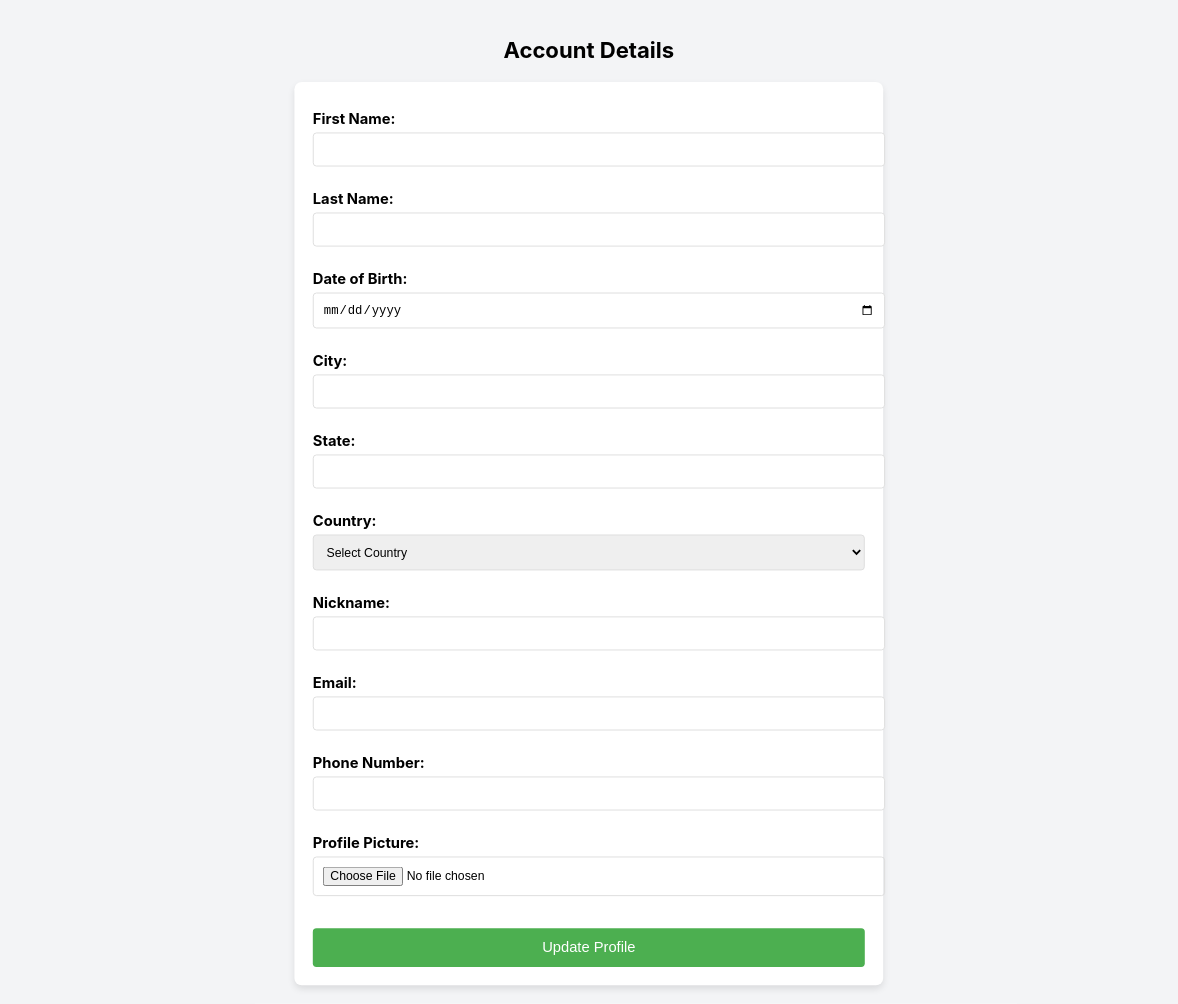
Repository: hamsaram14/dummy4
Page: /profile (app in frontend1/)
The author's editor kept a copy of each file at every save. The page is drawn from the files as they stood at one save, then again after the next save.
The browser window is 1280 px wide. The pictures show the whole page, at 92% of full size.
The page's requests for data from a server got no answer. The project was rebuilt for these pictures with package versions that can differ from the ones it lists, and the page was loaded fresh each time. No one was signed in, and anything a server would have sent is missing.

Above is the page before, as saved 2024-10-11 22:26:53.

### frontend1/src/App.js
// src/App.js
import React from 'react';
import { BrowserRouter as Router, Route, Routes } from 'react-router-dom';
import ProfilePage from './components/ProfilePage';

function App() {
    return (
        <Router>
            <Routes>
                <Route path="/profile" element={<ProfilePage />} />
                {/* Uncomment this if you want ProfilePage as the default route */}
                {/* <Route path="/" element={<ProfilePage />} /> */}
            </Routes>
        </Router>
    );
}

export default App;

### frontend1/src/components/ProfilePage.js
import React, { useState, useEffect } from 'react';
import axios from 'axios';
import './ProfilePage.css';

function ProfilePage() {
    const [profile, setProfile] = useState({
        first_name: '',
        last_name: '',
        date_of_birth: '',
        city: '',
        state: '',
        country: '',
        nickname: '',
        email: '',
        phone_number: '',
        profile_picture: ''
    });
    const [countries, setCountries] = useState([]);
    const [message, setMessage] = useState('');
    const [profileImage, setProfileImage] = useState(null);

    // Fetch profile and countries data on component load
    useEffect(() => {
        console.log("Loading ProfilePage...");
        axios.get('http://127.0.0.1:8000/api/customer/profile/') // Ensure this URL is correct
            .then(response => {
                console.log("Profile data fetched:", response.data);
                setProfile(response.data);
            })
            .catch(error => console.error('Error fetching profile:', error));

        axios.get('https://restcountries.com/v3.1/all')
            .then(response => setCountries(response.data.map(country => country.name.common)))
            .catch(error => console.error('Error fetching countries:', error));
    }, []);

    // Handle input change for form fields
    const handleChange = (e) => {
        setProfile({ ...profile, [e.target.name]: e.target.value });
    };

    // Handle profile picture upload
    const handleImageChange = (e) => {
        setProfileImage(e.target.files[0]);
    };

    // Submit profile updates
    const handleSubmit = async (e) => {
        e.preventDefault();
        const formData = new FormData();
        Object.keys(profile).forEach(key => formData.append(key, profile[key]));
        if (profileImage) {
            formData.append('profile_picture', profileImage);
        }

        try {
            const response = await axios.put('http://127.0.0.1:8000/api/customer/profile/', formData, {
                headers: { 'Content-Type': 'multipart/form-data' }
            });
            console.log("Profile updated:", response.data);
            setMessage('Profile updated successfully!');
            setProfile(response.data);
        } catch (error) {
            console.error('Error updating profile:', error);
            setMessage('Error updating profile.');
        }
    };

    return (
        <div className="profile-page">
            <h2>Account Details</h2>
            {message && <p className="message">{message}</p>}
            <div className="profile-container">
                <form onSubmit={handleSubmit}>
                    <label>First Name:</label>
                    <input
                        type="text"
                        name="first_name"
                        value={profile.first_name || ''}
                        onChange={handleChange}
                    />

                    <label>Last Name:</label>
                    <input
                        type="text"
                        name="last_name"
                        value={profile.last_name || ''}
                        onChange={handleChange}
                    />

                    <label>Date of Birth:</label>
                    <input
                        type="date"
                        name="date_of_birth"
                        value={profile.date_of_birth || ''}
                        onChange={handleChange}
                    />

                    <label>City:</label>
                    <input
                        type="text"
                        name="city"
                        value={profile.city || ''}
                        onChange={handleChange}
                    />

                    <label>State:</label>
                    <input
                        type="text"
                        name="state"
                        value={profile.state || ''}
                        onChange={handleChange}
                    />

                    <label>Country:</label>
                    <select name="country" value={profile.country || ''} onChange={handleChange}>
                        <option value="">Select Country</option>
                        {countries.length > 0 ? (
                            countries.map(country => (
                                <option key={country} value={country}>{country}</option>
                            ))
                        ) : (
                            <option>Loading...</option>
                        )}
                    </select>

                    <label>Nickname:</label>
                    <input
                        type="text"
                        name="nickname"
                        value={profile.nickname || ''}
                        onChange={handleChange}
                    />

                    <label>Email:</label>
                    <input
                        type="email"
                        name="email"
                        value={profile.email || ''}
                        onChange={handleChange}
                    />

                    <label>Phone Number:</label>
                    <input
                        type="text"
                        name="phone_number"
                        value={profile.phone_number || ''}
                        onChange={handleChange}
                    />

                    <label>Profile Picture:</label>
                    <input
                        type="file"
                        name="profile_picture"
                        onChange={handleImageChange}
                    />

                    <button type="submit">Update Profile</button>
                </form>
            </div>
        </div>
    );
}

export default ProfilePage;

### frontend1/src/components/ProfilePage.css
/* ProfilePage.css */

.profile-page {
    display: flex;
    flex-direction: column;
    align-items: center;
    min-height: 100vh;
    background-color: #f3f4f6;
    padding: 20px;
}

.profile-page h2 {
    text-align: center;
    margin-bottom: 20px;
    font-size: 24px;
    font-weight: bold;
}

.profile-container {
    width: 100%;
    max-width: 600px; /* Adjust as needed for better form width */
    background-color: #ffffff;
    padding: 20px;
    border-radius: 8px;
    box-shadow: 0 4px 8px rgba(0, 0, 0, 0.1);
}

.profile-page label {
    display: block;
    margin-top: 10px;
    font-weight: bold;
}

.profile-page input,
.profile-page select {
    width: 100%;
    padding: 10px;
    margin-top: 5px;
    margin-bottom: 15px;
    border: 1px solid #ddd;
    border-radius: 4px;
}

.profile-page button {
    width: 100%;
    padding: 12px;
    margin-top: 20px;
    background-color: #4CAF50;
    color: white;
    border: none;
    border-radius: 4px;
    font-size: 16px;
    cursor: pointer;
}

.profile-page .message {
    text-align: center;
    color: green;
    font-weight: bold;
}

Loaded but not shown: frontend1/public/index.html (common file); frontend1/src/index.js (common file); frontend1/src/index.css (common file); frontend1/src/reportWebVitals.js (common file)

After the next save:
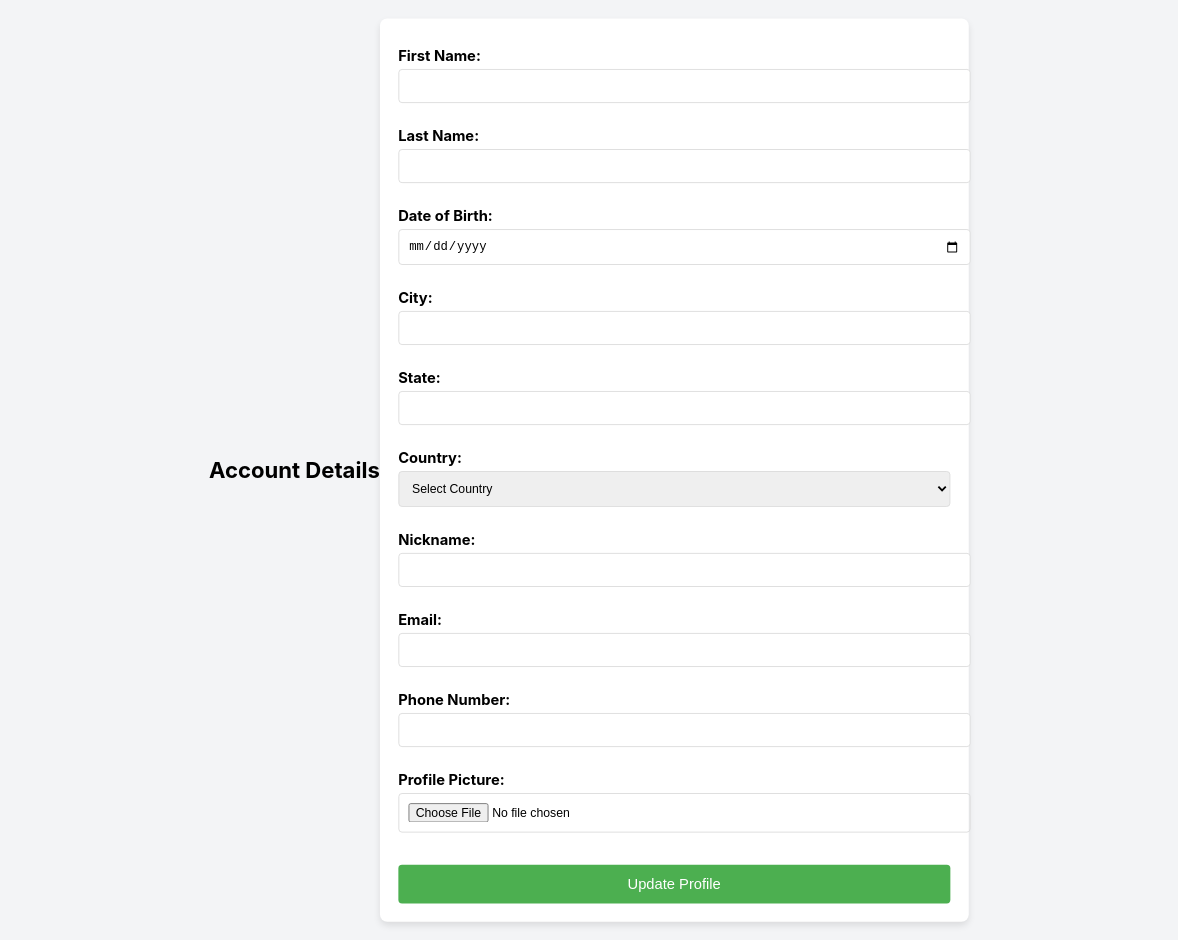
Saved 6 min 42 s later.
--- a/frontend1/src/components/ProfilePage.css
+++ b/frontend1/src/components/ProfilePage.css
@@ -2,11 +2,13 @@
 
 .profile-page {
     display: flex;
-    flex-direction: column;
+    justify-content: center;
     align-items: center;
     min-height: 100vh;
     background-color: #f3f4f6;
     padding: 20px;
+    position: relative;
+    overflow: hidden;
 }
 
 .profile-page h2 {
